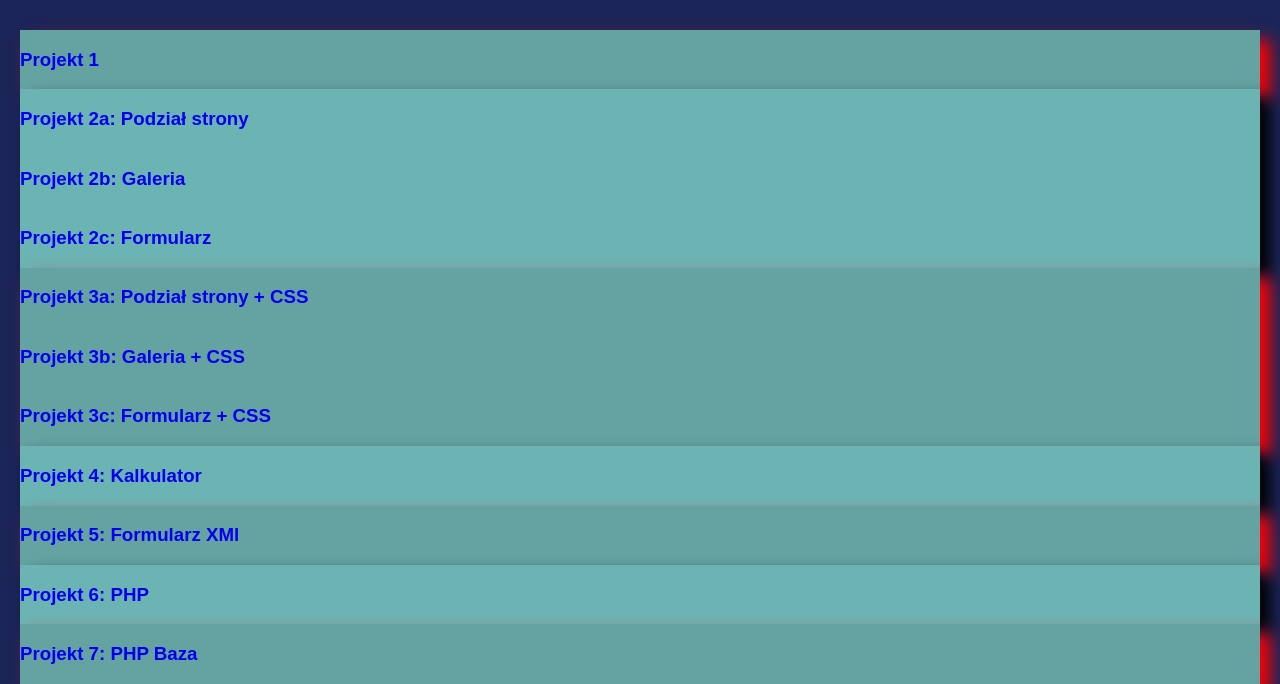
Repository: xdawix902/dawidfilipek1.github.io
Page: index.html
An editor plug-in stored every save of this project. The page is shown before and after the next save, followed by the edit.
The browser window is 1280 px wide. The pictures show the part of the page from y = 87 to 771 px (the page is 771 px tall).

Above is the page before, as saved 2025-11-28 22:12:08.

After the next save:
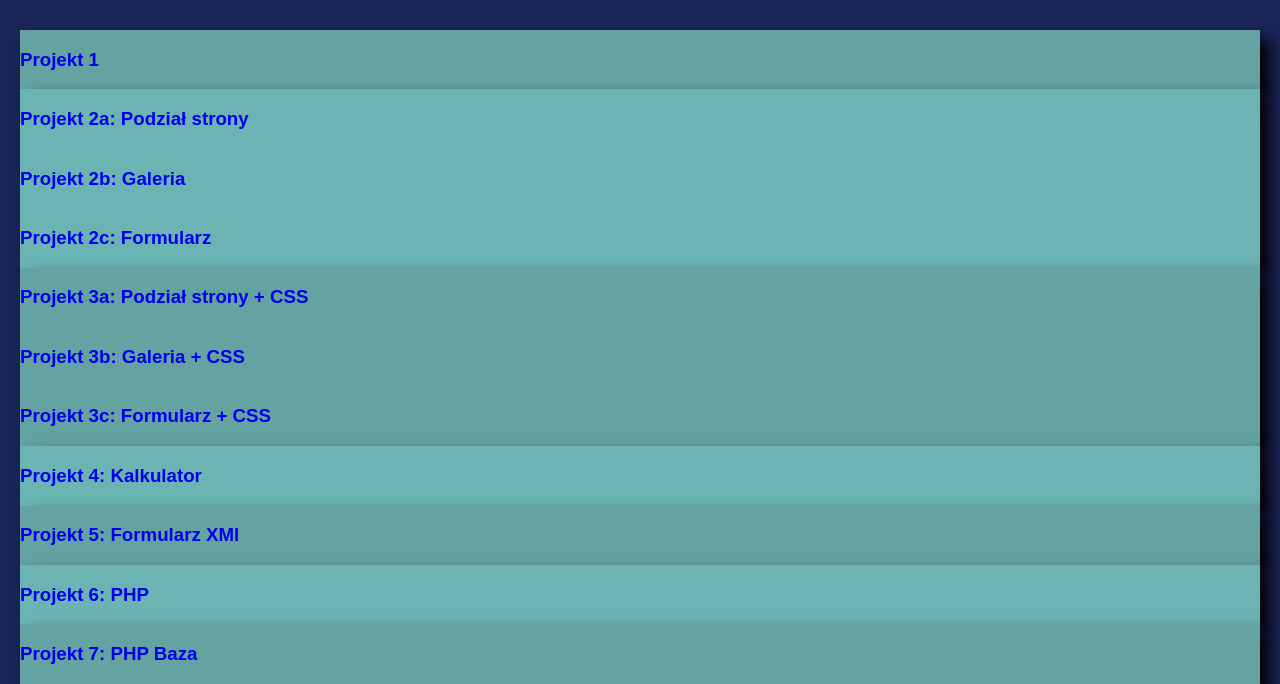
Saved 5 s later.
--- a/css/index_style.css
+++ b/css/index_style.css
@@ -36,7 +36,6 @@ body{
 #projektyNieParzyste{
     background-color: rgb(101, 163, 163);
     box-shadow: 10px 10px 15px;
-    color:red;
 }
 
 #projektyParzyste{
